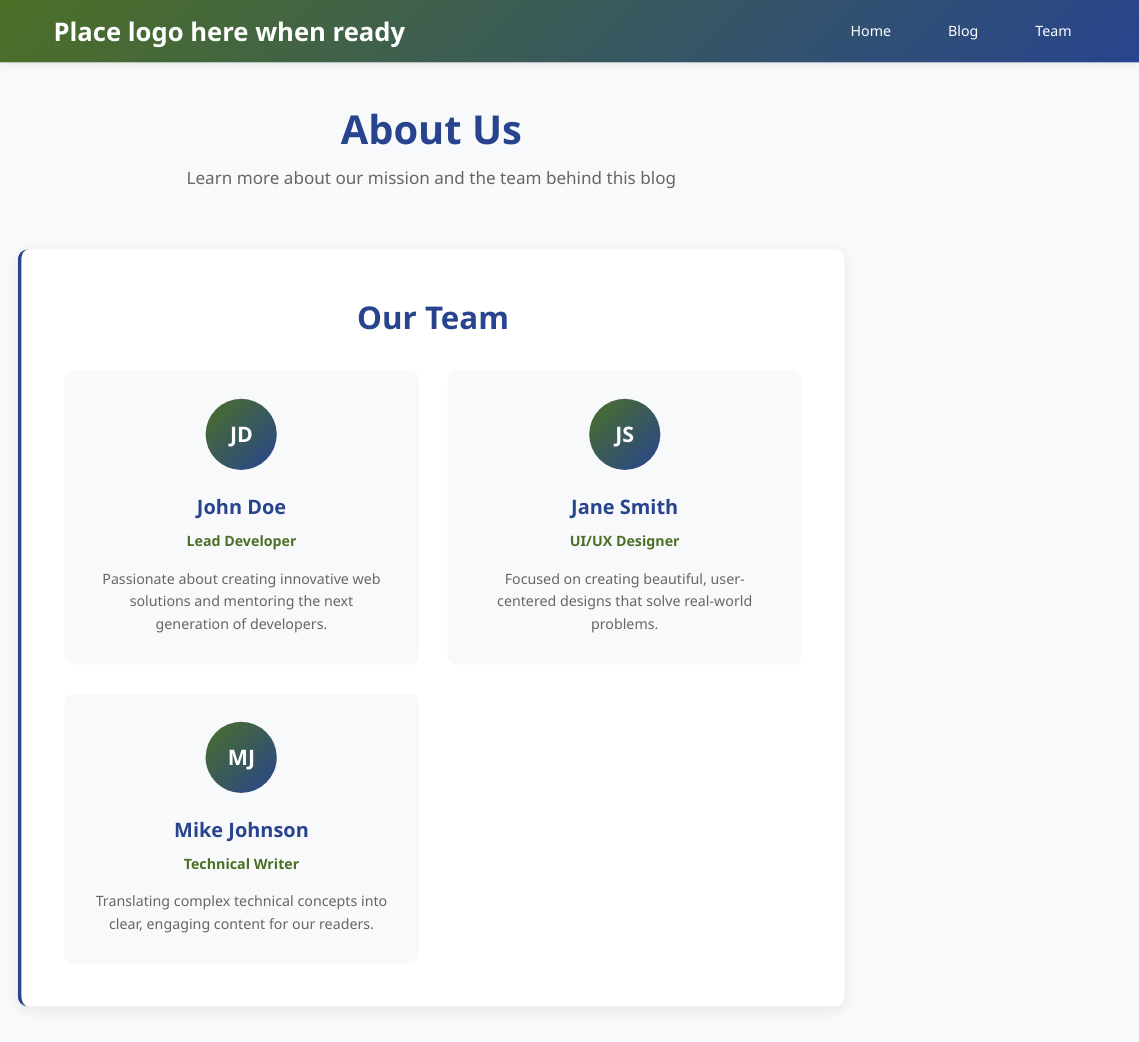
Repository: Bcit-sandy/TandemBlog
Page: /about
The author's editor kept a copy of each file at every save. The page is drawn from the files as they stood at one save, then again after the next save.
The browser window is 1280 px wide. The pictures show the whole page, at 89% of full size.
The project was rebuilt for these pictures with package versions that can differ from the ones it lists, and the page was loaded fresh each time. Also part of the build but not shown: vite.config.js, src/pages/Home.css, src/pages/Blog.css, src/pages/Blog.jsx, src/pages/Home.jsx, src/pages/BlogPost.css, src/pages/BlogPost.jsx.

Above is the page before, as saved 2025-10-13 16:08:35.

After the next save:
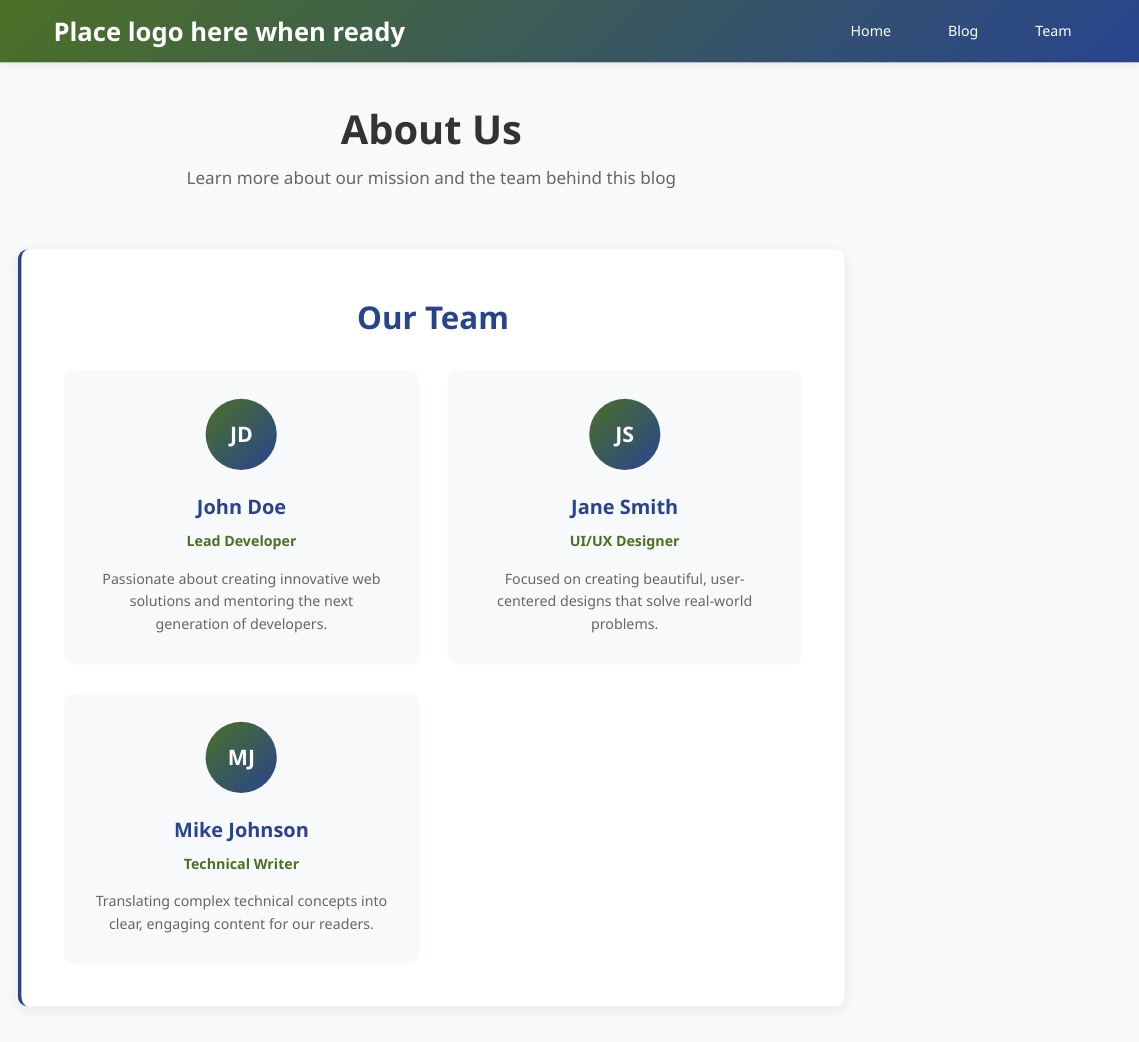
Saved 37 s later.
--- a/src/pages/About.css
+++ b/src/pages/About.css
@@ -16,8 +16,7 @@
 }
 
 .about-header h1 {
-  font-size: 2.8rem;
-  color: var(--blue-primary);
+  font-size: 2.8rem;;
   margin-bottom: 1rem;
   font-weight: 700;
 }

After the save that followed:
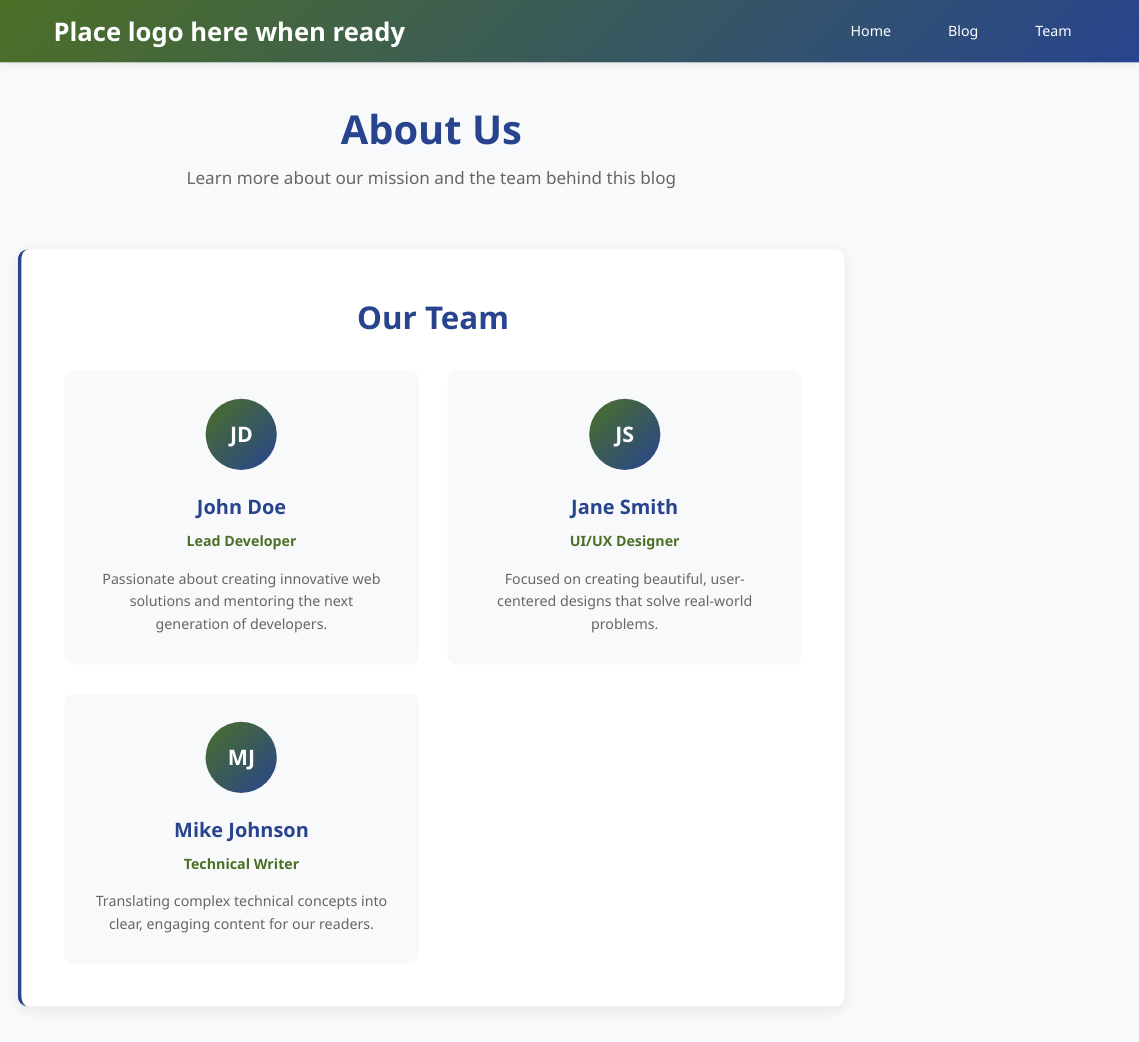
Saved 7 s later.
--- a/src/pages/About.css
+++ b/src/pages/About.css
@@ -16,7 +16,8 @@
 }
 
 .about-header h1 {
-  font-size: 2.8rem;;
+  font-size: 2.8rem;
+  color: var(--blue-primary);
   margin-bottom: 1rem;
   font-weight: 700;
 }
